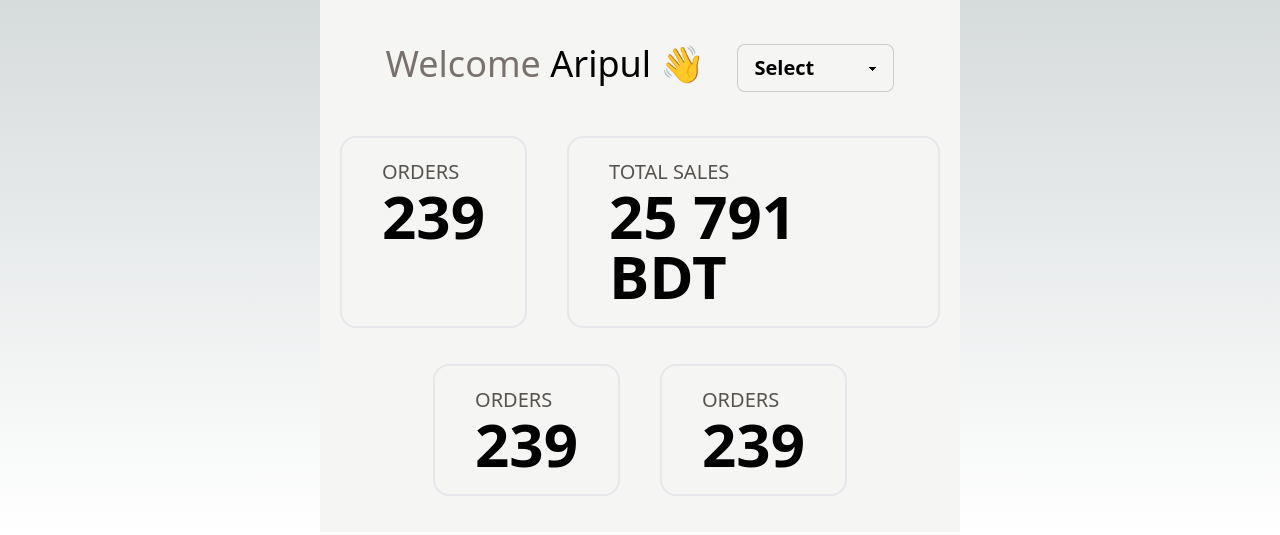
Repository: mehedi9465/nextapp
Page: /Dashboard
These files come from the project's save history. The page is drawn as it stood at one moment and after the next save; the edit follows.
The browser window is 1280 px wide. The pictures show the whole page.
The project was rebuilt for these pictures with package versions that can differ from the ones it lists, and the page was loaded fresh each time. The framework's server and built-in components were replaced by stand-ins that run in the browser. Also part of the build but not shown: next.config.js, Components/Navbar.js.

Above is the page before, as saved 2023-03-04 15:45:00.

### pages/Dashboard/index.js
import Navbar from "@/Components/Navbar";
import Link from "next/link";
import React from "react";

const index = () => {
  return (
    <>
      {/* <Navbar></Navbar> */}

      <div className="max-w-screen-sm mx-auto bg-stone-100 text-black overflow-hidden">
        <div className="flex justify-center py-2 my-9">
          <p className="text-4xl mx-4">
            <span className="text-stone-500">Welcome</span> Aripul 👋
          </p>
          <select className="select select-bordered text-xl max-w-xs bg-stone-100 outline-0 mx-4">
            <option disabled selected>
              Select
            </option>
            <option>Today</option>
            <option>Yesterday</option>
          </select>
        </div>
        <div className="flex justify-center my-9">
          <div className="border-2 rounded-2xl justify-start mx-5 px-10 py-5">
            <p className="uppercase text-stone-600 font-normal text-xl">
              Orders
            </p>
            <p className="text-6xl font-bold">239</p>
          </div>
          <div className="border-2 rounded-2xl justify-start mx-5 px-10 py-5 text-left">
            <p className="uppercase text-stone-600 font-normal text-xl">
              Total Sales
            </p>
            <p className="text-6xl font-bold">25 791 <span className="display">BDT</span></p>
          </div>
        </div>
        <div className="flex justify-center my-9">
          <div className="border-2 rounded-2xl justify-start mx-5 px-10 py-5">
            <p className="uppercase text-stone-600 font-normal text-xl">
              Orders
            </p>
            <p className="text-6xl font-bold">239</p>
          </div>
          <div className="border-2 rounded-2xl justify-start mx-5 px-10 py-5 text-left">
            <p className="uppercase text-stone-600 font-normal text-xl">
              Orders
            </p>
            <p className="text-6xl font-bold">239</p>
          </div>
        </div>
      </div>
    </>
  );
};

export default index;

Loaded but not shown: pages/_app.js (common file); pages/_document.js (common file); styles/globals.css (common file); tailwind.config.js (common file)

After the next save:
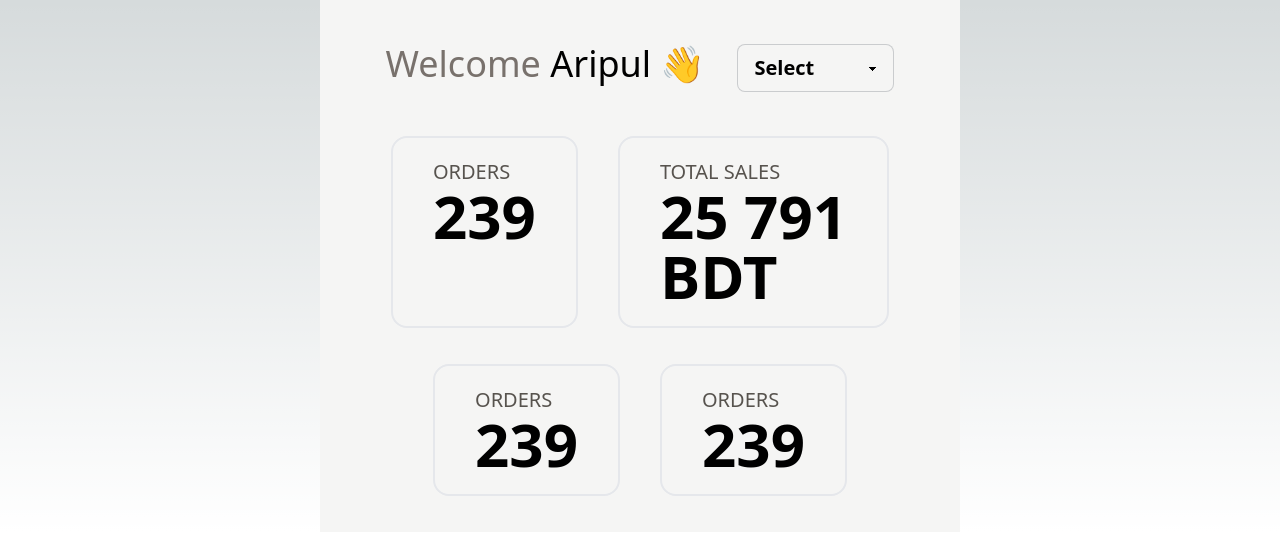
Saved 4 s later.
--- a/pages/Dashboard/index.js
+++ b/pages/Dashboard/index.js
@@ -31,7 +31,7 @@
             <p className="uppercase text-stone-600 font-normal text-xl">
               Total Sales
             </p>
-            <p className="text-6xl font-bold">25 791 <span className="display">BDT</span></p>
+            <p className="text-6xl font-bold">25 791 <span className="block">BDT</span></p>
           </div>
         </div>
         <div className="flex justify-center my-9">

After the save that followed:
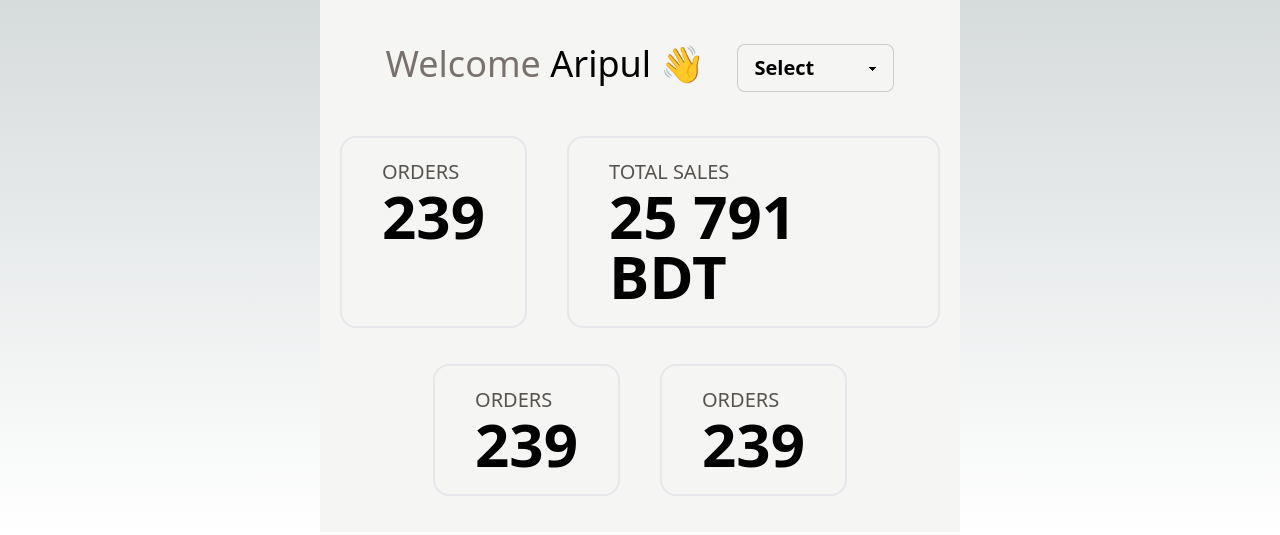
Saved 4 s later.
--- a/pages/Dashboard/index.js
+++ b/pages/Dashboard/index.js
@@ -31,7 +31,7 @@
             <p className="uppercase text-stone-600 font-normal text-xl">
               Total Sales
             </p>
-            <p className="text-6xl font-bold">25 791 <span className="block">BDT</span></p>
+            <p className="text-6xl font-bold">25 791 <span className="">BDT</span></p>
           </div>
         </div>
         <div className="flex justify-center my-9">
